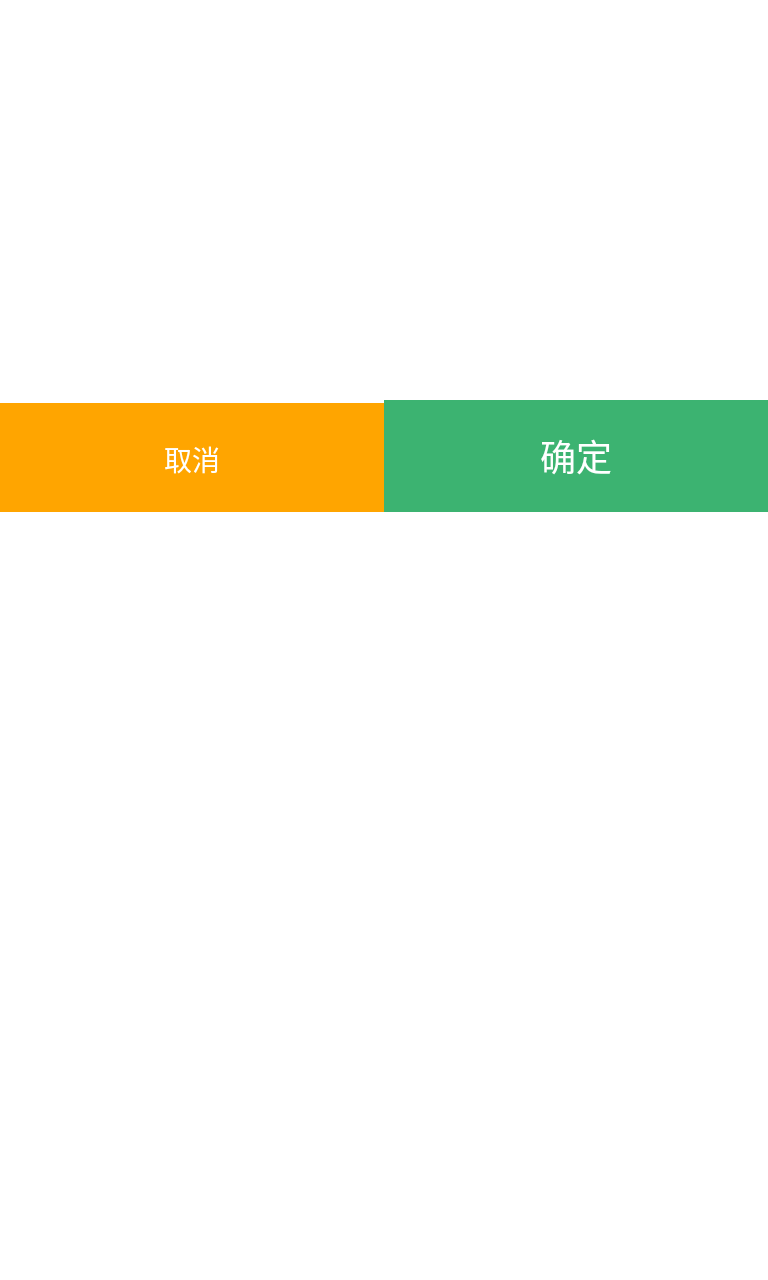
Repository: blanks1314/sysnc_android
Layout: UpayDemo/res/layout/dialog_error.xml
The author's editor kept a copy of each file at every save. The layout is drawn from the files as they stood at one save, then again after the next save.
It is drawn on a 768 x 1280 px phone screen (xhdpi) without system bars, with theme AppTheme; the app's code is not run.

Above is the layout before, as saved 2015-05-04 07:05:05.

### UpayDemo/res/layout/dialog_error.xml
<?xml version="1.0" encoding="utf-8"?>
<LinearLayout xmlns:android="http://schemas.android.com/apk/res/android"
    android:layout_width="match_parent"
    android:layout_height="match_parent"
    android:orientation="vertical" >

    <TextView
        android:id="@+id/tvContent"
        android:layout_width="match_parent"
        android:layout_height="200dp" />

    <LinearLayout
        android:layout_width="match_parent"
        android:layout_height="56dp"
        android:orientation="horizontal" >

        <TextView
            android:id="@+id/tvCancel"
            android:layout_width="0dp"
            android:layout_height="56dp"
            android:layout_weight="1"
            android:gravity="center"
            android:text="取消"
            android:background="@color/btn_selecter_2"
            android:textColor="@color/white"/>

        <TextView
            android:id="@+id/tvOk"
            android:layout_width="0dp"
            android:layout_height="56dp"
            android:layout_weight="1"
            android:gravity="center"
            android:text="确定"
            android:background="@color/btn_selecter_1"
            android:textColor="@color/white"
            android:textSize="18sp" />
    </LinearLayout>

</LinearLayout>

### UpayDemo/res/values/styles.xml
<resources xmlns:android="http://schemas.android.com/apk/res/android">

    <!--
        Base application theme, dependent on API level. This theme is replaced
        by AppBaseTheme from res/values-vXX/styles.xml on newer devices.













    -->
    <style name="AppBaseTheme" parent="Theme.AppCompat.Light">
        <!--
            Theme customizations available in newer API levels can go in
            res/values-vXX/styles.xml, while customizations related to
            backward-compatibility can go here.













        -->
    </style>

    <!-- Application theme. -->
    <!--
    <style name="AppTheme" parent="AppBaseTheme">
        All customizations that are NOT specific to a particular API-level can go here.
    </style>








    -->

    <style name="AppTheme" parent="Theme.AppCompat.Light">
        <item name="tabView">@style/TabView</item>
        <item name="tabPageIndicator">@style/TabIndicator</item>
    </style>

    <style name="TabIndicator" />

    <style name="TabView">
        <item name="android:addStatesFromChildren">true</item>
        <item name="android:orientation">vertical</item>
        <item name="android:gravity">bottom|center_horizontal</item>
        <item name="android:layout_width">0dp</item>
        <item name="android:background">@android:color/white</item>
        <item name="android:layout_height">match_parent</item>
    </style>

    <style name="text_style_1">
        <item name="android:textSize">16sp</item>
        <item name="android:layout_width">0dp</item>
        <item name="android:layout_weight">1</item>
        <item name="android:layout_height">fill_parent</item>
        <item name="android:gravity">center_vertical</item>
        <item name="android:ellipsize">marquee</item>
        <item name="android:singleLine">true</item>
    </style>

    <style name="edit_style_1">
        <item name="android:textSize">16sp</item>
        <item name="android:layout_width">0dp</item>
        <item name="android:layout_weight">1</item>
        <item name="android:layout_height">fill_parent</item>
        <item name="android:gravity">center_vertical</item>
    </style>

    <style name="spn_style_1">
        <item name="android:textSize">10sp</item>
        <item name="android:layout_width">wrap_content</item>
        <item name="android:layout_height">fill_parent</item>
    </style>

    <style name="linear_style_1">
        <item name="android:layout_width">match_parent</item>
        <item name="android:gravity">center_vertical</item>
        <item name="android:layout_height">40dp</item>
        <item name="android:orientation">horizontal</item>
        <item name="android:layout_marginLeft">5dp</item>
        <item name="android:layout_marginRight">5dp</item>
        <item name="android:layout_marginTop">10dp</item>
    </style>

    <style name="img_btn_1">
        <item name="android:layout_width">wrap_content</item>
        <item name="android:layout_height">wrap_content</item>
        <item name="android:padding">10dp</item>
    </style>

    <style name="btn_style_1">
        <item name="android:layout_width">200dp</item>
        <item name="android:layout_height">wrap_content</item>
        <item name="android:background">@drawable/btn_selecter</item>
        <item name="android:textColor">@color/white</item>
        <item name="android:layout_marginTop">10dp</item>
    </style>

    <style name="btn_style_2">
        <item name="android:layout_width">100dp</item>
        <item name="android:layout_height">wrap_content</item>
        <item name="android:background">@drawable/btn_selecter</item>
        <item name="android:textColor">@color/white</item>
        <item name="android:layout_marginTop">10dp</item>
    </style>

    <style name="loading_dialog" parent="android:style/Theme.Dialog">
        <item name="android:windowFrame">@null</item>
        <item name="android:windowNoTitle">true</item>
        <item name="android:windowIsFloating">true</item>
        <item name="android:windowContentOverlay">@null</item>
        <item name="android:windowBackground">@android:color/transparent</item>
        <item name="android:background">#00000000</item>
 <!-- 设置自定义布局的背景透明 -->
    </style>

    <style name="error_dialog" parent="@android:style/Theme.Dialog">

                　　        <item name="android:windowFrame">@null</item>

                　　        <item name="android:windowIsFloating">true</item>

                　　        <item name="android:windowIsTranslucent">false</item>

                　　        <item name="android:windowNoTitle">true</item>

                　　        <item name="android:background">@android:color/white</item>

                　　        <item name="android:windowBackground">@null</item>

                　　        <item name="android:backgroundDimEnabled">false</item>
        <item name="android:textColor">@android:color/black</item>
    </style>

</resources>

### UpayDemo/res/values/attrs.xml
<?xml version="1.0" encoding="utf-8"?>
<resources>
    <declare-styleable name="TabView">
        <attr name="tabPageIndicator" format="reference" />
        <attr name="tabView" format="reference" />
    </declare-styleable>

    <string-array name="currTypes">
        <item >RMB(156)</item>
    </string-array>
</resources>

### UpayDemo/res/values/color.xml
<?xml version="1.0" encoding="utf-8"?>
<resources>

    <color name="white">#FFFFFF</color>
    <color name="tab_text_normal">#696969</color>
    <color name="tab_text_selected">#73bf40</color>
    <color name="btn_selecter_1">#3CB371</color>
    <color name="btn_selecter_2">#FFA500</color>
    <color name="text_result">#F5FFFA</color>
    <color name="gray">#dcdcdc</color>

</resources>

Loaded but not shown: UpayDemo/res/values-v11/styles.xml (common file); UpayDemo/res/values-v14/styles.xml (common file); UpayDemo/res/values/values.xml (657 lines, source omitted)

After the next save:
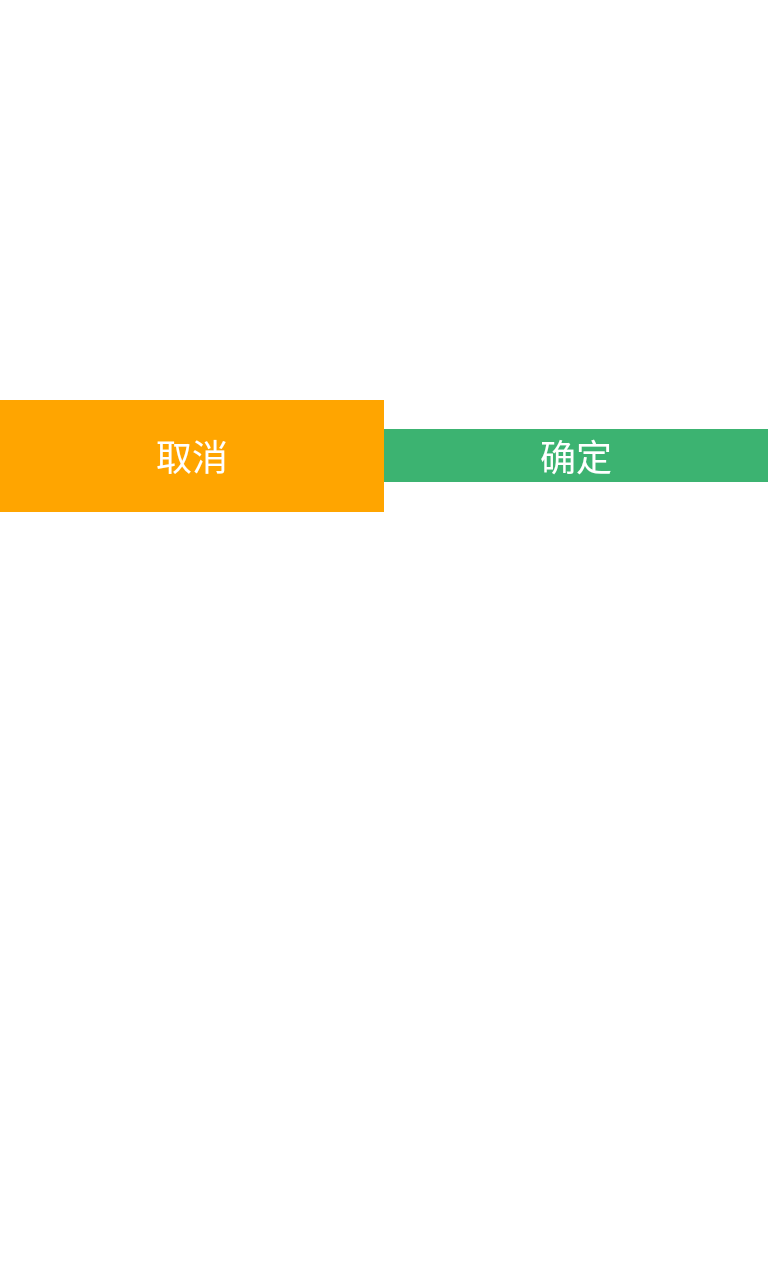
Saved 36 s later.
--- a/UpayDemo/res/layout/dialog_error.xml
+++ b/UpayDemo/res/layout/dialog_error.xml
@@ -22,12 +22,13 @@
             android:gravity="center"
             android:text="取消"
             android:background="@color/btn_selecter_2"
-            android:textColor="@color/white"/>
+            android:textColor="@color/white"
+            android:textSize="18sp"/>
 
         <TextView
             android:id="@+id/tvOk"
             android:layout_width="0dp"
-            android:layout_height="56dp"
+            android:layout_height="wrap_content"
             android:layout_weight="1"
             android:gravity="center"
             android:text="确定"
